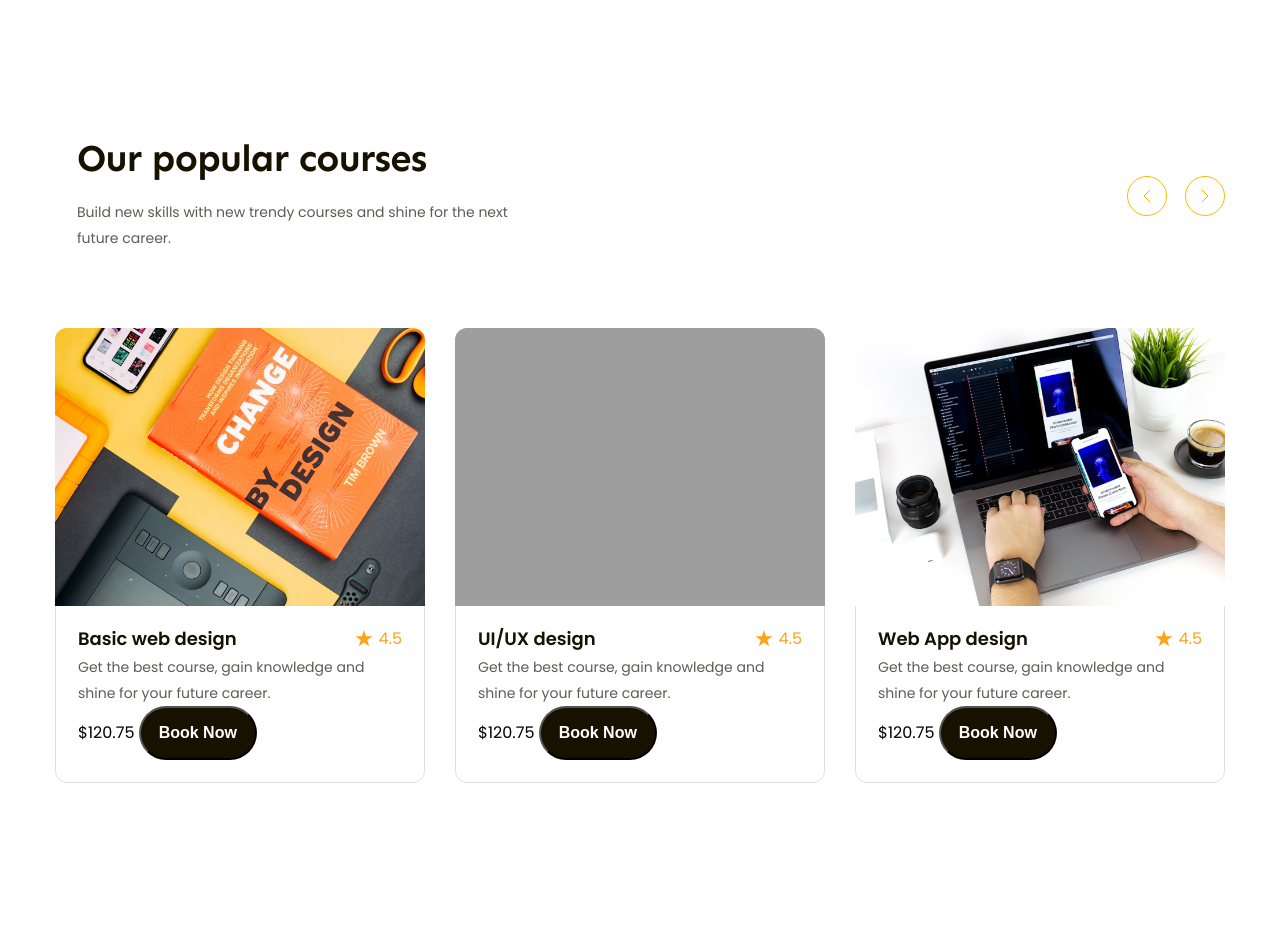
Repository: vancong171001/f8-html-css-02
Page: index.html
These files come from the project's save history. The page is drawn as it stood at one moment and after the next save; the edit follows.
The browser window is 1280 px wide. The pictures show the part of the page from y = 981 to 1933 px (the page is 5000 px tall).
Pictures or frames that could not be fetched are drawn as grey boxes. A picture or video elsewhere on the page could not be fetched, so the positions and the page height are approximate.

Above is the page before, as saved 2025-03-11 14:25:54.

### index.html
<!DOCTYPE html>
<html lang="en">
  <head>
    <meta charset="UTF-8" />
    <meta name="viewport" content="width=device-width, initial-scale=1.0" />
    <title>F8 Project 02</title>
    <!-- Reset CSS -->
    <link rel="stylesheet" href="./assets/css/reset.css" />

    <!-- Embed fonts -->
    <link rel="preconnect" href="https://fonts.googleapis.com" />
    <link rel="preconnect" href="https://fonts.gstatic.com" crossorigin />
    <link
      href="https://fonts.googleapis.com/css2?family=Poppins:ital,wght@0,400;0,500;0,600;0,700;1,400&family=Sen:wght@700&display=swap"
      rel="stylesheet"
    />

    <!-- Style CSS -->
    <link rel="stylesheet" href="assets/css/style.css" />
  </head>
  <body>
    <main style="height: 5000px">
      <!-- Header -->
      <header class="header fixed">
        <div class="main-content">
          <div class="body">
            <!-- Logo -->
            <img src="./assets/img/logo.svg" alt="Lesson" class="logo" />

            <!-- Nav -->
            <nav class="nav">
              <ul>
                <li class="active">
                  <a href="#!">Home</a>
                </li>
                <li>
                  <a href="#!">Courses</a>
                </li>
                <li>
                  <a href="#!">Pricing</a>
                </li>
                <li>
                  <a href="#!">Reviews</a>
                </li>
              </ul>
            </nav>

            <!-- Action -->
            <div class="action">
              <a href="#!" class="btn sign-up-btn">Sign Up</a>
            </div>
          </div>
        </div>
      </header>

      <!-- Hero -->
      <div class="hero">
        <div class="main-content">
          <div class="body">
            <!-- Hero left -->
            <div class="media-block">
              <img
                src="https://images.unsplash.com/photo-1740734940319-7208196590b7?w=600&auto=format&fit=crop&q=60&ixlib=rb-4.0.3&ixid=M3wxMjA3fDB8MHxmZWF0dXJlZC1waG90b3MtZmVlZHwxNHx8fGVufDB8fHx8fA%3D%3D"
                alt="Learn without limits and spread knowledge."
                class="img"
              />

              <div class="hero-summary">
                <div class="item">
                  <div class="icon">
                    <img src="./assets/icon/list.svg" alt="" />
                  </div>
                  <div class="info">
                    <p class="lable">20 Courses</p>
                    <p class="title">UI/UX Design</p>
                  </div>
                </div>
                <div class="item">
                  <div class="icon">
                    <img src="./assets/icon/code.svg" alt="" />
                  </div>
                  <div class="info">
                    <p class="lable">20 Courses</p>
                    <p class="title">Development</p>
                  </div>
                </div>
                <div class="item">
                  <div class="icon">
                    <img src="./assets/icon/speaker.svg" alt="" />
                  </div>
                  <div class="info">
                    <p class="lable">30 Courses</p>
                    <p class="title">Marketing</p>
                  </div>
                </div>
              </div>
            </div>

            <!-- Hero right -->
            <div class="content-block">
              <h1 class="heading lv1">
                Learn without limits and spread knowledge.
              </h1>
              <p class="desc">
                Build new skills for that “this is my year” feeling with
                courses, certificates, and degrees from world-class universities
                and companies.
              </p>
              <div class="cta-group">
                <a href="#!" class="btn hero-cta">See Courses</a>
                <button class="watch-video">
                  <div class="icon">
                    <img src="./assets/icon/play.svg" alt="" />
                  </div>
                  <span>Watch Video</span>
                </button>
              </div>
              <p class="desc">Recent engagement</p>
              <p class="desc stats">
                <strong>50K</strong> Students <strong>70+</strong> Courses
              </p>
            </div>
          </div>
        </div>
      </div>

      <!-- Popular -->
      <div class="popular">
        <div class="main-content">
          <div class="popular-top">
            <div class="info">
              <h2 class="heading lv2">Our popular courses</h2>
              <p class="desc">
                Build new skills with new trendy courses and shine for the next
                future career.
              </p>
            </div>
            <div class="controls">
              <button class="control-btn">
                <svg
                  width="8"
                  height="14"
                  viewBox="0 0 8 14"
                  fill="none"
                  xmlns="http://www.w3.org/2000/svg"
                >
                  <path
                    d="M7 1L1 7L7 13"
                    stroke="currentColor"
                    stroke-linecap="round"
                    stroke-linejoin="round"
                  />
                </svg>
              </button>
              <button class="control-btn">
                <svg
                  width="8"
                  height="14"
                  viewBox="0 0 8 14"
                  fill="none"
                  xmlns="http://www.w3.org/2000/svg"
                >
                  <path
                    d="M1 1L7 7L1 13"
                    stroke="currentColor"
                    stroke-linecap="round"
                    stroke-linejoin="round"
                  />
                </svg>
              </button>
            </div>
          </div>

          <div class="course-list">
            <!-- Course Item 1 -->
            <div class="course-item">
              <img
                src="./assets/img/course-1.jpg"
                alt="Basic web design"
                class="thumb"
              />
              <div class="info">
                <div class="head">
                  <h3 class="title">Basic web design</h3>
                  <div class="rating">
                    <img src="./assets/icon/star.svg" alt="Star" class="star" />
                    <span class="value">4.5</span>
                  </div>
                </div>
                <p class="desc">
                  Get the best course, gain knowledge and shine for your future
                  career.
                </p>
                <div class="foot">
                  <span class="price">$120.75</span>
                  <button class="btn">Book Now</button>
                </div>
              </div>
            </div>
            <!-- Course Item 2 -->
            <div class="course-item">
              <img
                src="./assets/img/course-2.jpg"
                alt="UI/UX design"
                class="thumb"
              />
              <div class="info">
                <div class="head">
                  <h3 class="title">UI/UX design</h3>
                  <div class="rating">
                    <img src="./assets/icon/star.svg" alt="Star" class="star" />
                    <span class="value">4.5</span>
                  </div>
                </div>
                <p class="desc">
                  Get the best course, gain knowledge and shine for your future
                  career.
                </p>
                <div class="foot">
                  <span class="price">$120.75</span>
                  <button class="btn">Book Now</button>
                </div>
              </div>
            </div>
            <!-- Course Item 3 -->
            <div class="course-item">
              <img
                src="./assets/img/course-3.jpg"
                alt="Web App design"
                class="thumb"
              />
              <div class="info">
                <div class="head">
                  <h3 class="title">Web App design</h3>
                  <div class="rating">
                    <img src="./assets/icon/star.svg" alt="Star" class="star" />
                    <span class="value">4.5</span>
                  </div>
                </div>
                <p class="desc">
                  Get the best course, gain knowledge and shine for your future
                  career.
                </p>
                <div class="foot">
                  <span class="price">$120.75</span>
                  <button class="btn">Book Now</button>
                </div>
              </div>
            </div>
          </div>
        </div>
      </div>
    </main>
  </body>
</html>

### assets/css/style.css
* {
  box-sizing: border-box;
}

:root {
  --primary-color: #ffb900;
  --font-heading: Sen, san-serif;
}

html {
  font-size: 62.5%;
}

body {
  font-size: 1.6rem;
  font-family: "Poppins", sans-serif;
}

/* ========== Common ========= */
a {
  text-decoration: none;
}

.btn {
  display: inline-block;
  min-width: 118px;
  padding: 0 16px;
  line-height: 50px;
  color: #fff;
  text-align: center;
  font-size: 1.6rem;
  font-weight: 600;
  border-radius: 999px;
  background: #171100;
}

.btn:hover {
  opacity: 0.9;
}

.heading {
  color: #171100;
  font-family: var(--font-heading);
  font-weight: 700;
  letter-spacing: -0.02em;
}

.heading.lv1 {
  font-size: 5.8rem;
  line-height: 1.17; /* 117.241% */
}

.heading.lv2 {
  font-size: 3.8rem;
  line-height: 1.26; /* 126.316% */
}

.main-content {
  width: 1170px;
  max-width: calc(100% - 48px);
  margin-left: auto;
  margin-right: auto;
}

/* ========== Header ========= */
.header {
  background: #fffcf4;
}

.header.fixed {
  position: sticky;
  top: -28px;
  z-index: 1;
}

.header .body {
  display: flex;
  align-items: center;
  padding: 36px 0 8px;
}

.nav {
  margin-left: auto;
}

.nav ul {
  display: flex;
}

.nav a {
  position: relative;
  padding: 8px 21px;
  color: #5f5b53;
  font-size: 1.6rem;
}

.nav a:hover,
.nav li.active a {
  /* font-weight: 600; */
  text-shadow: 1px 0 0 currentColor;
  color: #171100;
}

.nav li.active a::after {
  content: "";
  position: absolute;
  left: 21px;
  bottom: 6px;
  display: block;
  width: 12px;
  height: 2px;
  border-radius: 1px;
  background: #171100;
}

.header .sign-up-btn {
  min-width: 144px;
}

.header .action {
  margin-left: 49px;
}

/* ========== Hero ========= */
.hero {
  padding: 56px 0 65px;
  background: #fffcf4;
}

.hero .body {
  display: flex;
}

/* Hero Left */
.hero .media-block {
  position: relative;
  width: 48%;
}

.hero .media-block .img {
  width: 470px;
  height: 685px;
  object-fit: cover;
  border-radius: 20px;
  display: block;
}

.hero-summary {
  position: absolute;
  right: 0;
  bottom: 48px;
  width: 270px;
  padding: 24px;
  border-radius: 12px;
  background: #fff;
  box-shadow: 0px 16px 32px 0px rgba(0, 0, 0, 0.05);
}

.hero-summary .item {
  display: flex;
  align-items: center;
}

.hero-summary .item + .item {
  margin-top: 22px;
}

.hero-summary .icon {
  width: 48px;
  height: 48px;
  border-radius: 50%;
  display: flex;
  justify-content: center;
  align-items: center;
  background: #fff9e8;
}

.hero-summary .item:nth-of-type(2) .icon {
  background: #fcefff;
}
.hero-summary .item:last-child .icon {
  background: #ebeaff;
}

.hero-summary .info {
  margin-left: 16px;
}

.hero-summary .lable {
  color: #5f5b53;
  font-size: 1.4rem;
  line-height: 1.86; /* 185.714% */
}

.hero-summary .title {
  color: #171100;
  font-size: 1.8rem;
  font-weight: 600;
  line-height: 1.67; /* 166.667% */
}

/* Hero Right */
.hero .content-block {
  width: 52%;
  padding: 64px 0 0 130px;
}

.hero .desc {
  margin-top: 22px;
  color: #5f5b53;
  font-size: 1.8rem;
  line-height: 1.67; /* 166.667% */
}

.hero .cta-group {
  display: flex;
  align-items: center;
  margin: 38px 0 48px;
}

.hero .hero-cta {
  min-width: 180px;
  line-height: 64px;
  background: var(--primary-color);
  border-radius: 32px;
}

.hero .watch-video {
  display: flex;
  align-items: center;
  border: none;
  background: transparent;
  margin-left: 28px;
  cursor: pointer;
}

.hero .watch-video .icon {
  width: 40px;
  height: 40px;
  border-radius: 50%;
  display: flex;
  justify-content: center;
  align-items: center;
  background: #ffffff;
  box-shadow: 0px 8px 16px rgba(0, 0, 0, 0.07);
}

.hero .watch-video span {
  color: #171100;
  font-size: 1.8rem;
  font-weight: 600;
  line-height: 1.67; /* 166.667% */
  margin-left: 14px;
}

.hero .stats {
  margin: 8px 0 0 -28px;
}

.hero .stats strong {
  color: #171100;
  font-family: var(--font-heading);
  font-size: 4.4rem;
  font-weight: 700;
  line-height: 1.22; /* 122.727% */
  padding: 0 8px 0 28px;
}

/* ========== Hero ========= */
.popular {
  padding: 65px 0;
  margin-top: 135px;
}

.popular-top {
  display: flex;
  justify-content: space-between;
  align-items: center;
}

.popular-top .desc {
  color: #5f5b53;
  font-size: 1.8rem;
  line-height: 1.67; /* 166.667% */
  margin-top: 16px;
  width: 458px;
}

.popular-top .controls {
  display: flex;
  gap: 18px;
}

.popular-top .control-btn {
  background: transparent;
  border: 1px solid var(--primary-color);
  width: 40px;
  height: 40px;
  border-radius: 50%;
  display: flex;
  justify-content: center;
  align-items: center;
  color: var(--primary-color);
}

.popular-top .control-btn:hover {
  background: var(--primary-color);
  color: #fff;
  cursor: pointer;
}

.popular .course-list {
  margin-top: 55px;
  display: flex;
  gap: 30px;
}

.popular .course-item {
  flex: 1;
  border-radius: 12px;
  border: 1px solid #e2dfda;
  background: #fff;
}

.popular .course-item .thumb {
  width: calc(100% + 2px);
  border-radius: 12px 12px 0px 0px;
  height: 278px;
  object-fit: cover;
  margin: -1px;
}

.popular .info {
  margin: 16px 22px 22px;
}

.popular .course-item .head,
.popular .course-item .rating {
  display: flex;
  justify-content: space-between;
  align-items: center;
}

.popular .course-item .title {
  color: #171100;
  font-size: 1.8rem;
  font-weight: 600;
  line-height: 1.67; /* 166.667% */
}

.popular .rating .value {
  color: #fea31b;
  font-size: 1.6rem;
  margin-left: 6px;
  line-height: 1.75;
}

.popular .desc {
  color: #5f5b53;
  font-size: 14px;
  line-height: 26px; /* 185.714% */
}

Loaded but not shown: assets/css/reset.css (common file)

After the next save:
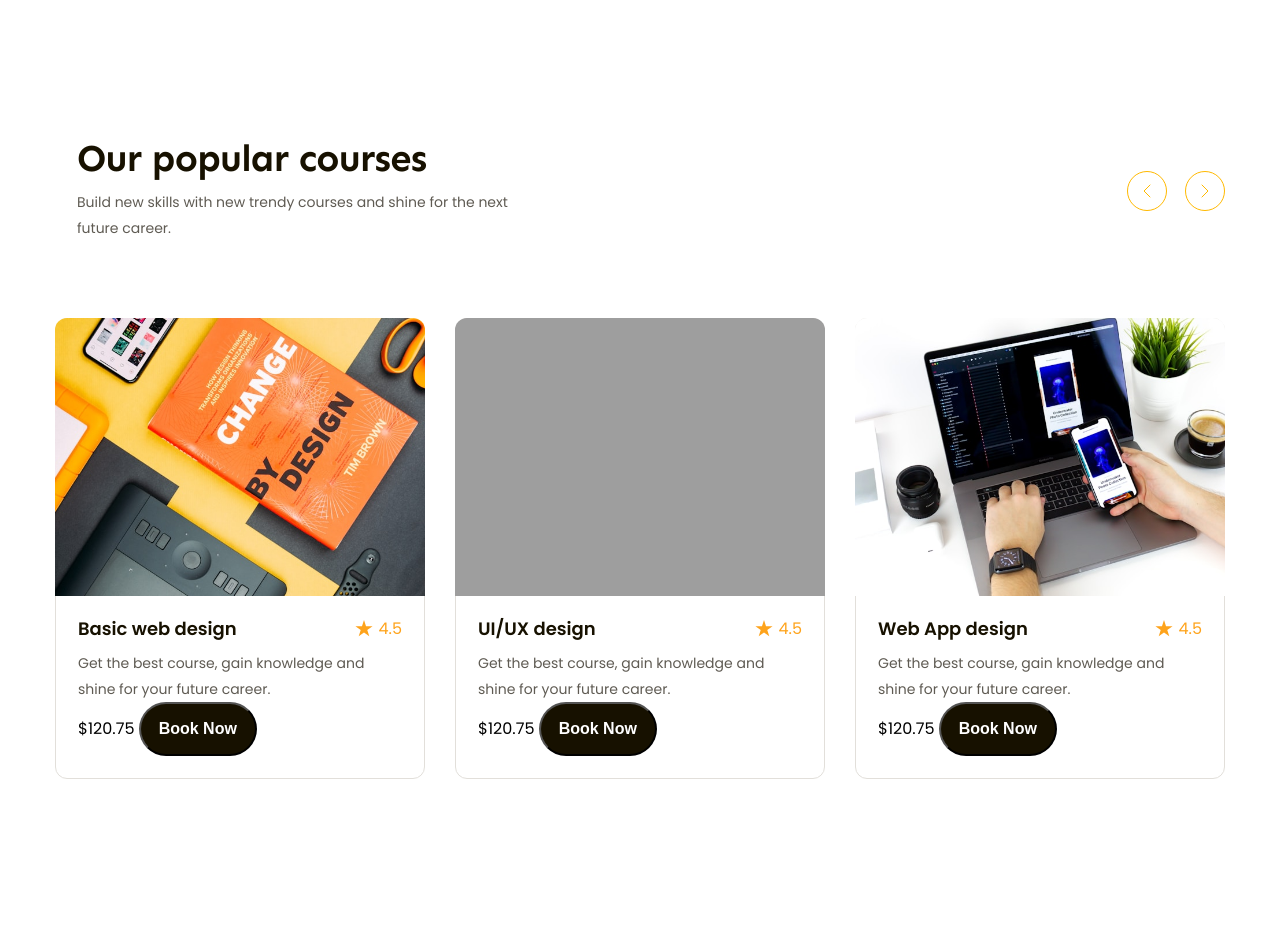
Saved 4 s later.
--- a/assets/css/style.css
+++ b/assets/css/style.css
@@ -359,4 +359,5 @@
   color: #5f5b53;
   font-size: 14px;
   line-height: 26px; /* 185.714% */
-}
+  margin-top: 6px;
+}
